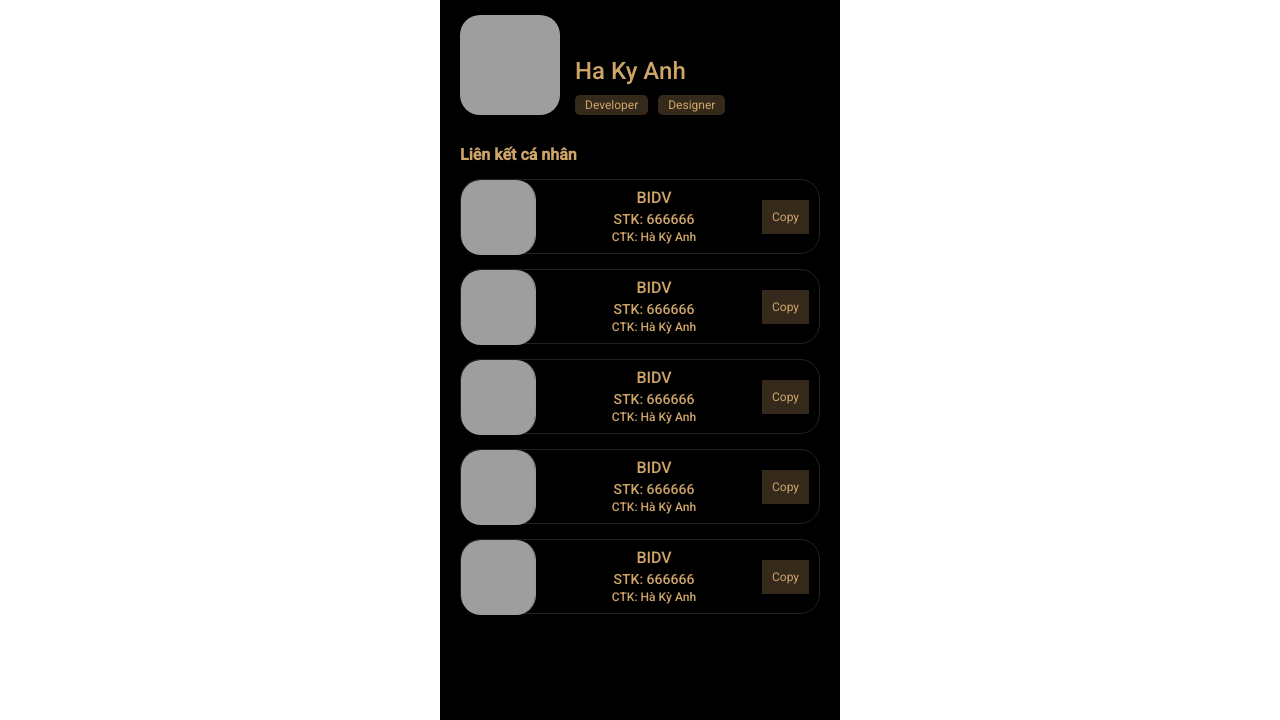
Repository: yzarc204/nguyen-tien-viet-hoang
Page: thong-tin-thanh-toan/index.html
These files come from the project's save history. The page is drawn as it stood at one moment and after a run of saves; the edit follows.
The browser window is 1280 px wide. The pictures show the whole page.
Pictures or frames that could not be fetched are drawn as grey boxes.

Above is the page before, as saved 2021-09-27 11:09:48.

### thong-tin-thanh-toan/index.html
<!DOCTYPE html>
<html lang="en">
<head>
    <meta charset="UTF-8">
    <meta http-equiv="X-UA-Compatible" content="IE=edge">
    <meta name="viewport" content="width=device-width, initial-scale=1.0">
    <title>Personal Card</title>
    <!-- Google Fonts -->
    <link rel="preconnect" href="https://fonts.googleapis.com">
    <link rel="preconnect" href="https://fonts.gstatic.com" crossorigin>
    <link href="https://fonts.googleapis.com/css2?family=Roboto:wght@300;400;500&display=swap" rel="stylesheet">
    <!-- CSS -->
    <link rel="stylesheet" href="./public/css/index.css">
</head>
<body>
    <div class="container">
        <div class="profile-header">
            <img alt="Avatar"
                src="https://source.unsplash.com/random"
                class="profile-avatar">
            <div class="profile-info">
                <h4 class="profile-name">Ha Ky Anh</h4>
                <div class="skills">
                    <div class="skill-tag">Developer</div>
                    <div class="skill-tag">Designer</div>
                </div>
            </div>
        </div>
        <h4 class="title">Liên kết cá nhân</h4>
        <div class="banks">
            <div class="bank">
                <img src="https://source.unsplash.com/random" class="bank-logo">
                <div class="bank-info">
                    <p class="bank-name">BIDV</p>
                    <p class="bank-number">STK: 666666</p>
                    <p class="bank-owner">CTK: Hà Kỳ Anh</p>
                </div>
                <span class="btn-copy">Copy</span>
            </div>
            <div class="bank">
                <img src="https://source.unsplash.com/random" class="bank-logo">
                <div class="bank-info">
                    <p class="bank-name">BIDV</p>
                    <p class="bank-number">STK: 666666</p>
                    <p class="bank-owner">CTK: Hà Kỳ Anh</p>
                </div>
                <span class="btn-copy">Copy</span>
            </div>
            <div class="bank">
                <img src="https://source.unsplash.com/random" class="bank-logo">
                <div class="bank-info">
                    <p class="bank-name">BIDV</p>
                    <p class="bank-number">STK: 666666</p>
                    <p class="bank-owner">CTK: Hà Kỳ Anh</p>
                </div>
                <span class="btn-copy">Copy</span>
            </div>
            <div class="bank">
                <img src="https://source.unsplash.com/random" class="bank-logo">
                <div class="bank-info">
                    <p class="bank-name">BIDV</p>
                    <p class="bank-number">STK: 666666</p>
                    <p class="bank-owner">CTK: Hà Kỳ Anh</p>
                </div>
                <span class="btn-copy">Copy</span>
            </div>
            <div class="bank">
                <img src="https://source.unsplash.com/random" class="bank-logo">
                <div class="bank-info">
                    <p class="bank-name">BIDV</p>
                    <p class="bank-number">STK: 666666</p>
                    <p class="bank-owner">CTK: Hà Kỳ Anh</p>
                </div>
                <span class="btn-copy">Copy</span>
            </div>
        </div>
    </div>
</body>
</html>

### thong-tin-thanh-toan/public/css/index.css
* {
    padding: 0;
    margin: 0;
    -webkit-box-sizing: border-box;
    font-family: 'Roboto', sans-serif;
}

:root {
    --primary-color: #cea469;
    --secondary-color: #211A10;
    --dark-color: #cea469;
}

body {
    width: 100%;
    overflow: hidden;
}

/* ===== CONTAINER ===== */
.container{
    width: 400px;
    height: 100vh;
    margin: 0 auto;
    padding: 15px 20px;
    overflow: hidden scroll;
    background: #000;
    color: var(--primary-color);
}
/* ===== PROFILE HEADER ===== */
.profile-header{
    width: 100%;
    display: flex;
    flex-wrap: wrap;
    margin-bottom: 30px;
}
.profile-avatar{
    width: 100px;
    height: 100px;
    object-fit: cover;
    object-position: center;
    border-radius: 20px;
}
.profile-info{
    margin-top: auto;
    padding: 0px 15px;
}
.profile-name{
    margin-bottom: 10px;
    font-size: 24px;
    font-weight: 500;
}
.skills{
    display: flex;
    flex-wrap: nowrap;
}
.skill-tag{
    padding: 3px 10px;
    margin-right: 10px;
    color: var(--primary-color);
    font-size: 12px;
    position: relative;
    display: none;
}
.skill-tag:before {
    content: "";
    position: absolute;
    top: 0;
    right: 0;
    bottom: 0;
    left: 0;
    background-color: currentColor;
    opacity: 0.25;
    border-radius: 5px;
}
.skill-tag:first-child {
    display: block;
}
.skill-tag:nth-child(2) {
    display: block;
}
/* ===== TITLE ===== */
.title{
    margin-bottom: 15px;
}
/* ===== BANKS ===== */
.banks {
    width: 100%;
    overflow: hidden;
    --size: 75px;
    --border-rounded: 20px;
}
.bank {
    width: 100%;
    height: var(--size);
    margin-bottom: 15px;
    display: flex;
    border: 1px solid #222;
    border-radius: var(--border-rounded);
}
.bank-logo {
    width: var(--size);
    height: var(--size);
    border-right: 1px solid rgb(156, 150, 150);
    border-radius: inherit;
}
.bank-info {
    flex: 1;
    text-align: center;
    padding: 10px 7.5px;
    display: flex;
    flex-direction: column;
    justify-content: space-between;
    align-items: center;
}
.bank-info > p {
    font-weight: 500;
    line-height: 1;
}
.bank-name{
    font-size: 16px;
}
.bank-number{
    font-size: 14px;
}
.bank-owner {
    font-size: 12px;
}
.btn-copy{
    color: var(--primary-color);
    font-size: 12px;
    height: fit-content;
    padding: 10px;
    position: relative;
    top: 50%;
    right: 10px;
    transform: translateY(-50%);
    cursor: pointer;
}
.btn-copy:before {
    content: "";
    position: absolute;
    top: 0;
    right: 0;
    bottom: 0;
    left: 0;
    background: currentColor;
    opacity: 0.25;
}

After the next 3 saves:
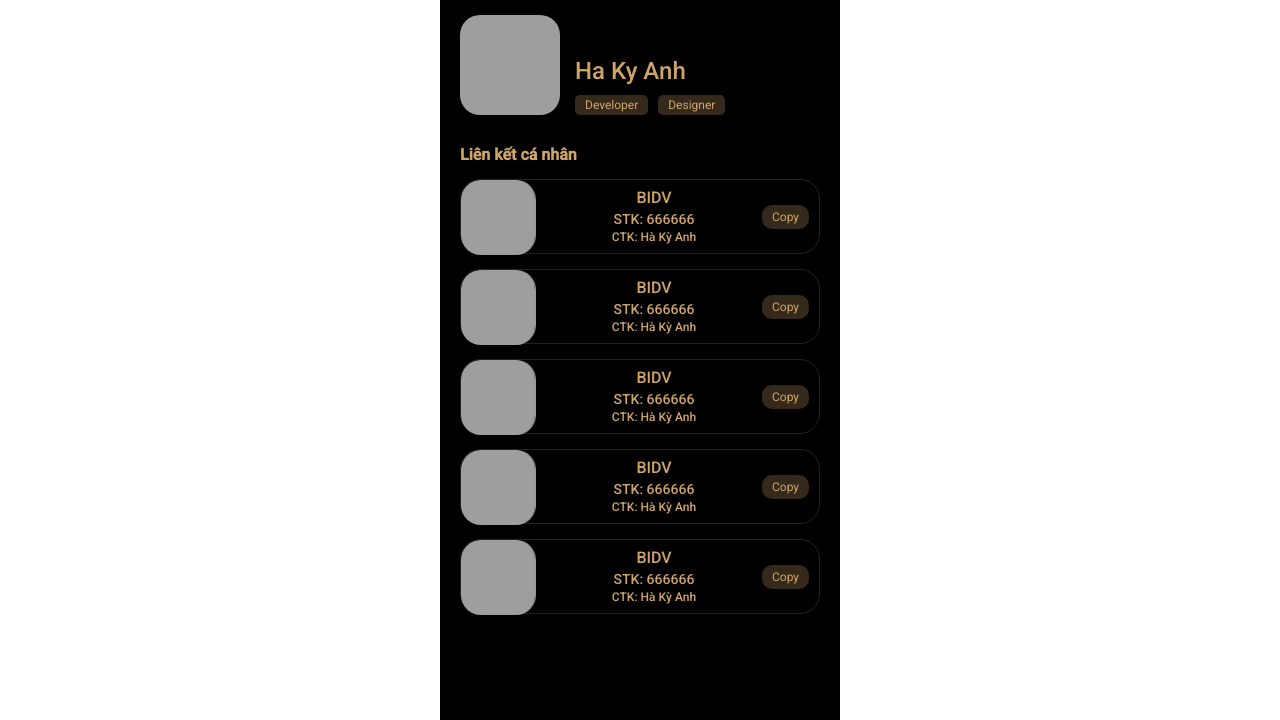
The 3 saves are shown as one change because they came seconds apart.
The last was saved 12 s later.
--- a/thong-tin-thanh-toan/public/css/index.css
+++ b/thong-tin-thanh-toan/public/css/index.css
@@ -129,7 +129,7 @@ body {
     color: var(--primary-color);
     font-size: 12px;
     height: fit-content;
-    padding: 10px;
+    padding: 5px 10px;
     position: relative;
     top: 50%;
     right: 10px;
@@ -144,5 +144,6 @@ body {
     bottom: 0;
     left: 0;
     background: currentColor;
+    border-radius: 10px;
     opacity: 0.25;
 }
